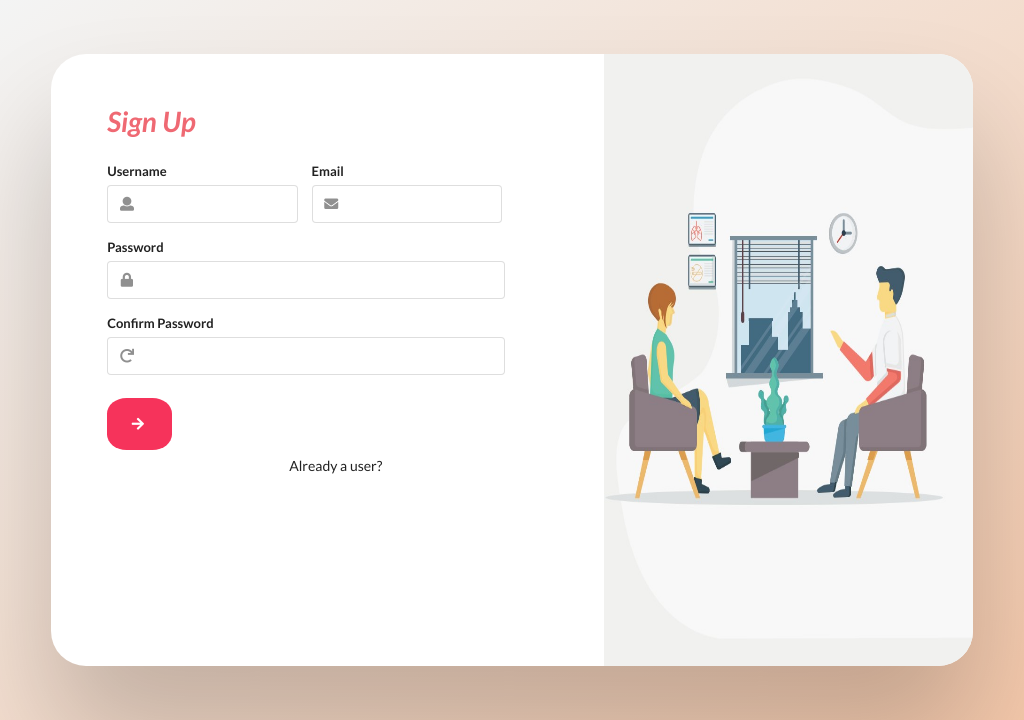
Repository: ajayaj2001/healthcare-digitization
Page: /register
The author's editor kept a copy of each file at every save. The page is drawn from the files as they stood at one save, then again after the next save.
The browser window is 1024 px wide. The pictures show the whole page.
The project was rebuilt for these pictures with package versions that can differ from the ones it lists, and the page was loaded fresh each time. Also part of the build but not shown: src/component/userType/UserType.scss, src/component/userType/UserType.js, src/component/login/Login.scss, src/component/login/loginForm/LoginForm.scss, src/component/login/loginForm/LoginForm.js, src/component/login/Login.js.

Above is the page before, as saved 2021-03-12 22:22:38.

After the next save:
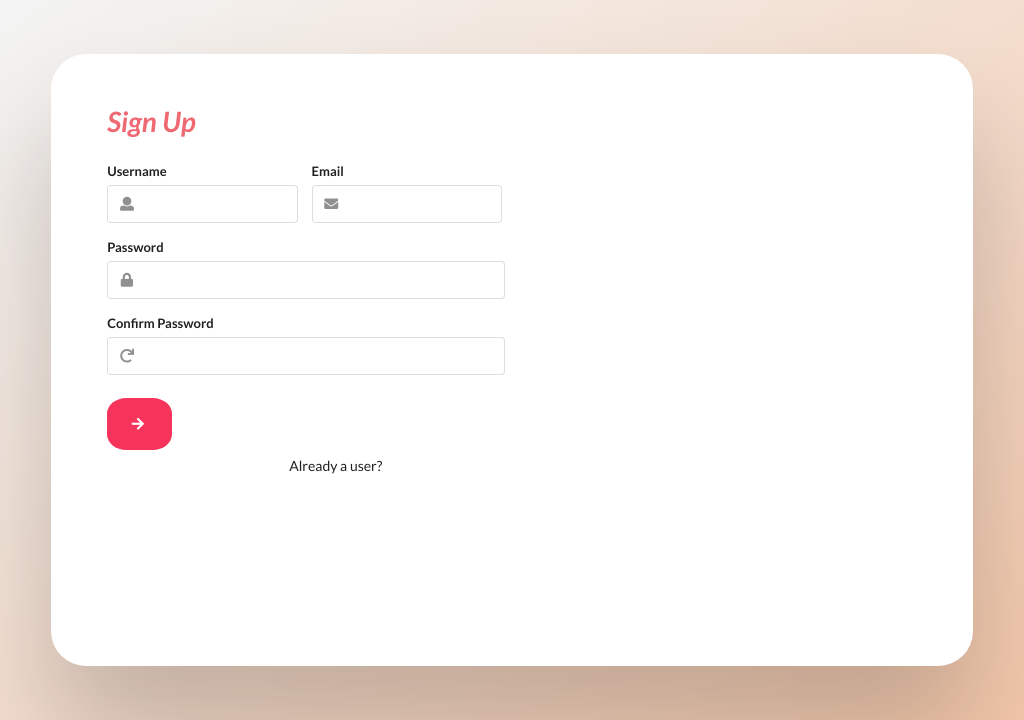
Saved 16 s later.
--- a/src/component/register/Register.scss
+++ b/src/component/register/Register.scss
@@ -29,5 +29,9 @@
         width: 100%;
         height: 100%;
     }
-
+    @media (max-width: 65em) {
+        &__image {
+            display: none;
+        }
+      }
 }
